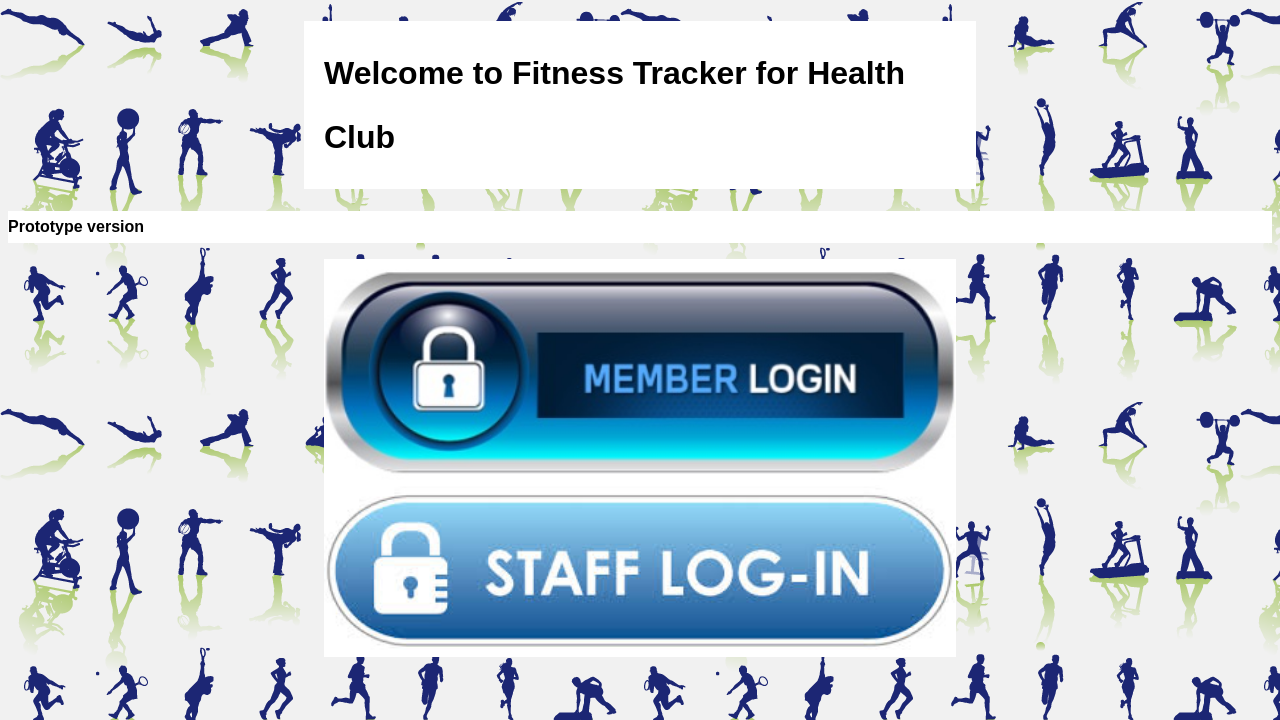
Repository: dmiropol/FitnessMemberTracker
Page: http://localhost/
The author's editor kept a copy of each file at every save. The page is drawn from the files as they stood at one save, then again after the next save.
The browser window is 1280 px wide. The pictures show the whole page.
The page is served by the project's Node server (app.js).

Above is the page before, as saved 2018-11-16 10:34:39.

### views/index.ejs
<!DOCTYPE html>
<html>
  <head>
    <title><%= title %></title>
    <link rel='stylesheet' href='/stylesheets/style.css' />
  </head>
  <body background="background.png">
    <h1 class="center">Welcome to <%= title %></h1>
    <h3 class="right">Prototype version</h3>
    <a href="/member"><img border="0" alt="member area" src="MemberLogin.jpg"  class="center">
    <a href="/staff"><img border="0" alt="staff area" src="StaffLogin.jpg" class="center">
  </body>
</html>

### app.js

/**
 * Module dependencies.
 */

var express = require('express')
  , http = require('http')
  , path = require('path')
  , bodyParser = require('body-parser')
  , storage = require('./storage')
  , fs = require('fs');

var app = express();

// all environments
app.set('port', process.env.PORT || 8080);
app.set('views', __dirname + '/views');
app.set('view engine', 'ejs');
app.use(express.static(path.join(__dirname, 'public')));
app.use(bodyParser.json());
app.use(bodyParser.urlencoded({ extended: true }));

function index(req, res){
	res.render('index', {title: 'Fitness Tracker for Health Club'});
}

function member(req, res){
	res.render('member', {title: 'Member area'});
}

function uploadRecord(req, res){
	res.render('uploadRecord');
}

function staff(req, res){
	res.render('staff', {title: 'Health Club staff area'});
}


async function getRecordsList(req, res, next){
	var files = await storage.listFiles();
	var recordsList = [];
	for (var i in files) {
		var record = {};
		record.name = files[i].metadata.name;
		record.bucket = files[i].metadata.bucket;
		record.size = files[i].metadata.size;
		recordsList.push(record);
	};
	req.body = {recordsList};
	next();
}

function listRecords(req, res){
	var recordsList = req.body.recordsList;
	res.render('listRecords', {records: recordsList, action: 'show'});
}

async function uploadRecords(req, res){
	var fileName = req.params.record + '.json';
	var jsonObj = JSON.parse(req.body.JSONbody);
	var lines = '';

	for (var i in jsonObj){
		lines += JSON.stringify(jsonObj[i]) + '\n';
	}
	console.log('Got ' + req.method + ' request to store ' + fileName +
				' content into ' + lines.length + ' lines');
	fs.writeFile(fileName, lines, 'utf8', function (err) {
	    if (err)  return console.log(err);
	    console.log(fileName + ' locally added and will be uploaded to storage.')
	});
	await storage.uploadFile(fileName);
	fs.unlink(fileName, function (err) {
	    if (err)  return console.log(err);
	    console.log(fileName + ' locally deleted.')
	});
	res.render('actionconfirm', { action: 'Upload', record: storage.getPrivateUrl(fileName)});
}

function deleteRecords(req, res){
	var recordsList = req.body.recordsList;
	res.render('listrecords', { records: recordsList, action: 'delete'});
}

async function deleteFile(req, res, next){
	await storage.deleteFile(req.params.fileName);
	res.render('actionconfirm', { action: 'Delete', record: req.params.fileName});
}

async function showFile(req, res, next){
	var destFile = './temp.txt';
	var srcFile = req.params.fileName;
	await storage.downloadFile(srcFile, destFile);

	var content = fs.readFileSync(destFile, 'utf-8');
	fs.unlink(destFile, function (err) {
	    if (err)  return console.log(err);
	    console.log(destFile + ' locally deleted.')
	});
	res.render('actionconfirm', { action: 'Show', record: srcFile, content: content});
}

app.get('/', index);
app.get('/member', member);
app.get('/staff', staff);
app.get('/list/records', getRecordsList, listRecords);
app.get('/show/records/:fileName', showFile);
app.get('/upload/records', uploadRecord);
app.post('/upload/records/:record', uploadRecords);
app.get('/delete/records', getRecordsList, deleteRecords);
app.get('/delete/records/:fileName', deleteFile);


http.createServer(app).listen(app.get('port'), function(){
  console.log('Express server listening on port ' + app.get('port'));
});

### storage.js
/**
 * Copyright 2017, Google, Inc.
 * Licensed under the Apache License, Version 2.0 (the "License");
 * you may not use this file except in compliance with the License.
 * You may obtain a copy of the License at
 *
 *    http://www.apache.org/licenses/LICENSE-2.0
 *
 * Unless required by applicable law or agreed to in writing, software
 * distributed under the License is distributed on an "AS IS" BASIS,
 * WITHOUT WARRANTIES OR CONDITIONS OF ANY KIND, either express or implied.
 * See the License for the specific language governing permissions and
 * limitations under the License.
 */

/**
 * This application demonstrates how to perform basic operations on files with
 * the Google Cloud Storage API.
 *
 * For more information, see the README.md under /storage and the documentation
 * at https://cloud.google.com/storage/docs.
 */

'use strict';


const {Storage} = require('@google-cloud/storage');
const storage = new Storage({ projectId: 'iot2analytics-2018' });
const bucketName = 'member_fitness_tracker_storage';

async function uploadFile(filename) {
	await storage.bucket(bucketName).upload(filename, {
		contentType: 'application/json'
	});
console.log(`${filename} uploaded to ${bucketName}.`);

}

function getPrivateUrl(filename) {
	  return `https://storage.googleapis.com/${bucketName}/${filename}`;
}

async function listFiles() {
	const [files] = await storage.bucket(bucketName).getFiles();

	  console.log('Files:');
	  files.forEach(file => {
	    console.log(file.name);
	    //console.log(file.metadata);
	  });

	  return files;
	}

async function downloadFile(srcFilename, destFilename) {

  const options = {
    // The path to which the file should be downloaded, e.g. "./file.txt"
    destination: destFilename,
  };

  // Downloads the file
  await storage
    .bucket(bucketName)
    .file(srcFilename)
    .download(options);

  console.log(
    `gs://${bucketName}/${srcFilename} downloaded to ${destFilename}.`
  );
  // [END storage_download_file]
}

async function deleteFile(filename) {
  // Deletes the file from the bucket
  await storage
    .bucket(bucketName)
    .file(filename)
    .delete();

  console.log(`gs://${bucketName}/${filename} deleted.`);
  // [END storage_delete_file]
}

async function getMetadata(filename) {
  // Gets the metadata for the file
  const [metadata] = await storage
    .bucket(bucketName)
    .file(filename)
    .getMetadata();

  console.log(`File: ${metadata.name}`);
  console.log(`Bucket: ${metadata.bucket}`);
  console.log(`Storage class: ${metadata.storageClass}`);
  console.log(`Self link: ${metadata.selfLink}`);
  console.log(`ID: ${metadata.id}`);
  console.log(`Size: ${metadata.size}`);
  console.log(`Updated: ${metadata.updated}`);
  console.log(`Generation: ${metadata.generation}`);
  console.log(`Metageneration: ${metadata.metageneration}`);
  console.log(`Etag: ${metadata.etag}`);
  console.log(`Owner: ${metadata.owner}`);
  console.log(`Component count: ${metadata.component_count}`);
  console.log(`Crc32c: ${metadata.crc32c}`);
  console.log(`md5Hash: ${metadata.md5Hash}`);
  console.log(`Cache-control: ${metadata.cacheControl}`);
  console.log(`Content-type: ${metadata.contentType}`);
  console.log(`Content-disposition: ${metadata.contentDisposition}`);
  console.log(`Content-encoding: ${metadata.contentEncoding}`);
  console.log(`Content-language: ${metadata.contentLanguage}`);
  console.log(`Media link: ${metadata.mediaLink}`);
  console.log(`KMS Key Name: ${metadata.kmsKeyName}`);
  console.log(`Temporary Hold: ${metadata.temporaryHold}`);
  console.log(`Event-based hold: ${metadata.eventBasedHold}`);
  console.log(`Effective Expiration Time: ${metadata.effectiveExpirationTime}`);
  console.log(`Metadata: ${metadata.metadata}`);
  // [END storage_get_metadata]
}



module.exports = {
	uploadFile,
	getPrivateUrl,
	listFiles,
	getMetadata,
  deleteFile,
  downloadFile,
};

### public/stylesheets/style.css
ul {
    list-style-type: none;
    margin: 0;
    padding: 0;
    overflow: hidden;
    background-color: #606060;
}

li {
    float: left;
}

li a, .dropbtn {
    display: inline-block;
    color: white;
    text-align: center;
    padding: 14px 16px;
    text-decoration: none;
}

li a:hover, .dropdown:hover .dropbtn {
    background-color: #005392;
}

li.dropdown {
    display: inline-block;
}

.dropdown-content {
    display: none;
    position: absolute;
    background-color: #f9f9f9;
    min-width: 160px;
    box-shadow: 0px 8px 16px 0px rgba(0,0,0,0.2);
    z-index: 1;
}

.dropdown-content a {
    color: black;
    padding: 12px 16px;
    text-decoration: none;
    display: block;
    text-align: left;
}

.dropdown-content a:hover {background-color: #f1f1f1}

.dropdown:hover .dropdown-content {
    display: block;
}

.footer {
    position: fixed;
    left: 8px;
    bottom: 8px;
    width: 99%;
    background-color: #606060;
    color: white;
    text-align: left;
}

.footer p{
    text-decoration: underline;
    left: 10px;
}

textarea {
    border: 1 grey;
    overflow: hidden;
    padding: 0;
    outline: none;
    overflow-y:scroll;
    overflow-x:scroll;
    font-family:"Courier";
    font-size: 12px;
}

input {
	font-size: 14px;
    padding: 2px;
/*   float: left; */
}

.button {
    background-color: #555555;
    border: none;
    color: white;
    padding: 15px 32px;
    text-align: center;
    text-decoration: none;
    display: inline-block;
    font-size: 16px;
}

.listKeys {
	padding-left: 2em;
}

select  {
	font-size: 14px;
}

.center {
    display: block;
    margin-left: auto;
    margin-right: auto;
    width: 50%;
}

.right {
    display: block;
    margin-left: auto;
    margin-right: 0;

}

h1, h2{
	background: white;
	display: inline;
	padding:20px;
    line-height: 2em;
    font-family: Arial, Helvetica, sans-serif;
    font-size: 32px;
}
h3{
	background: white;
	display: inline;
	padding:0px;
    line-height: 2em;
    font-family: Arial, Helvetica, sans-serif;
    font-size: 16px;
}

After the next save:
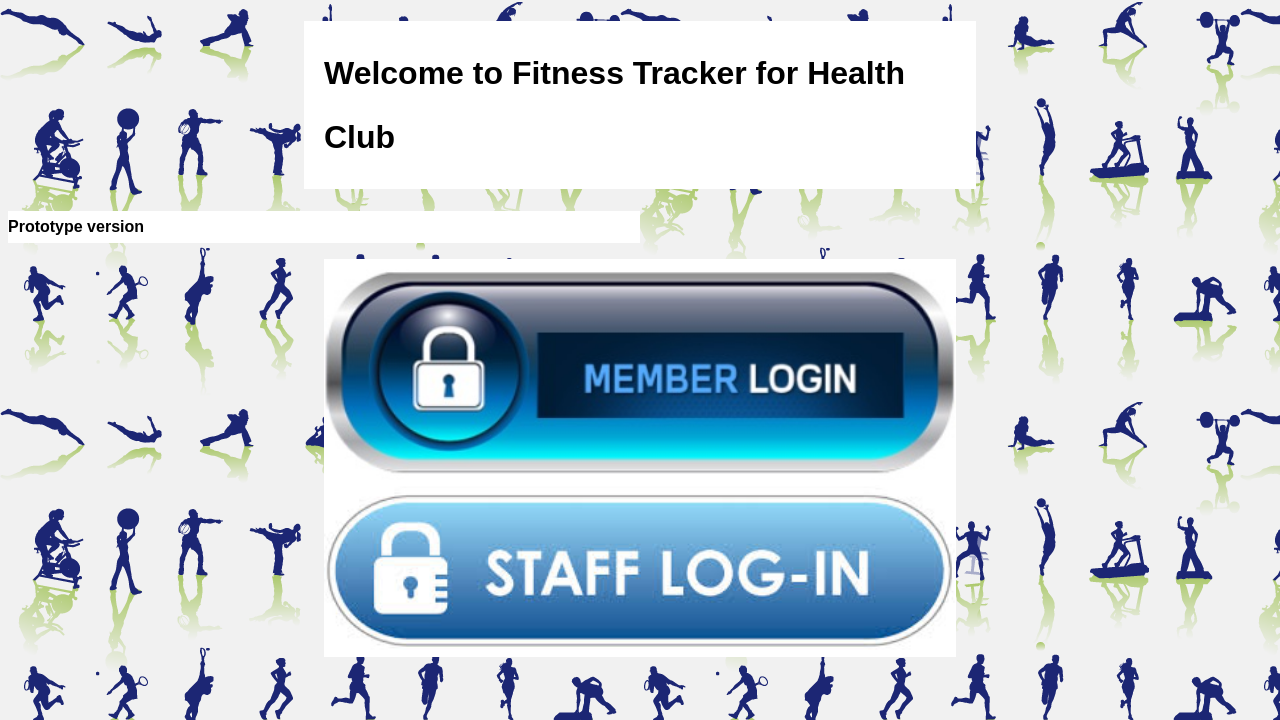
Saved 30 s later.
--- a/public/stylesheets/style.css
+++ b/public/stylesheets/style.css
@@ -109,9 +109,9 @@ select  {
 
 .right {
     display: block;
-    margin-left: auto;
+    margin-left: 0;
     margin-right: 0;
-
+    width: 50%;
 }
 
 h1, h2{
